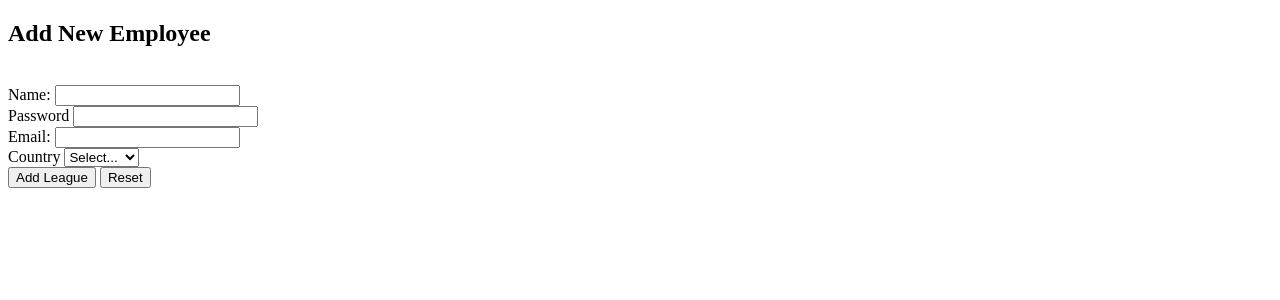
Repository: DhirajMG/ibm-fsd-000GLQ
Page: Java - 000GLQ/Employee/WebContent/index.html
An editor plug-in stored every save of this project. The page is shown before and after the next save, followed by the edit.
The browser window is 1280 px wide. The pictures show the whole page.

Above is the page before, as saved 2019-08-28 04:15:06.

### Java - 000GLQ/Employee/WebContent/index.html
<!DOCTYPE html>
<html>
<head>
<meta charset="ISO-8859-1">
<title>Employee</title>
</head>
<body>
<h2>Add New Employee</h2>
<br>
<form id="form-1" action="add_league.do" method="post">

		<label for="input-1">Name:</label>
		<input id="input-1" name="title" required="true" type="text"/><br/>
		<label for="input-2">Password</label>
		<input id="input-2" name="year" "true" type="password"/><br/>
		<label for="input-3">Email:</label>
		<input id="input-3" name="title" required="true" type="text"/><br/>
		<label for="input-4">Country</label>
		<select name="season">
		<option value="Unknmown">Select...</option>
		<option value="Summer">India</option>
		<option value="Winter">Australia</option>
		<option value="Autumn">Malaysia</option>
		<option value="Spring">China</option>
		</select><br/>
		<input type="submit" value="Add League" id="button-1"/>
		<input type="reset" value="Reset" id="button-2"/>
	</form>

</body>
</html>

After the next save:
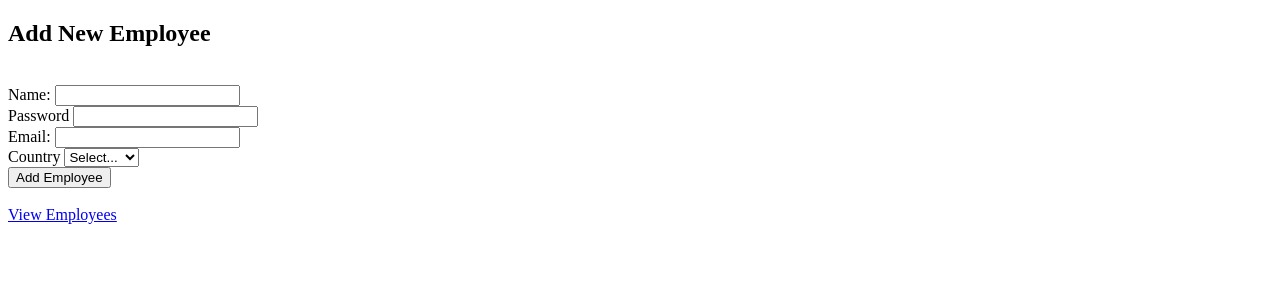
Saved 2 min 58 s later.
--- a/Java - 000GLQ/Employee/WebContent/index.html
+++ b/Java - 000GLQ/Employee/WebContent/index.html
@@ -23,9 +23,9 @@
 		<option value="Autumn">Malaysia</option>
 		<option value="Spring">China</option>
 		</select><br/>
-		<input type="submit" value="Add League" id="button-1"/>
-		<input type="reset" value="Reset" id="button-2"/>
+		<input type="submit" value="Add Employee" id="button-1"/>
 	</form>
-
+	<br>
+<a href="employee.view">View Employees</a>
 </body>
 </html>
